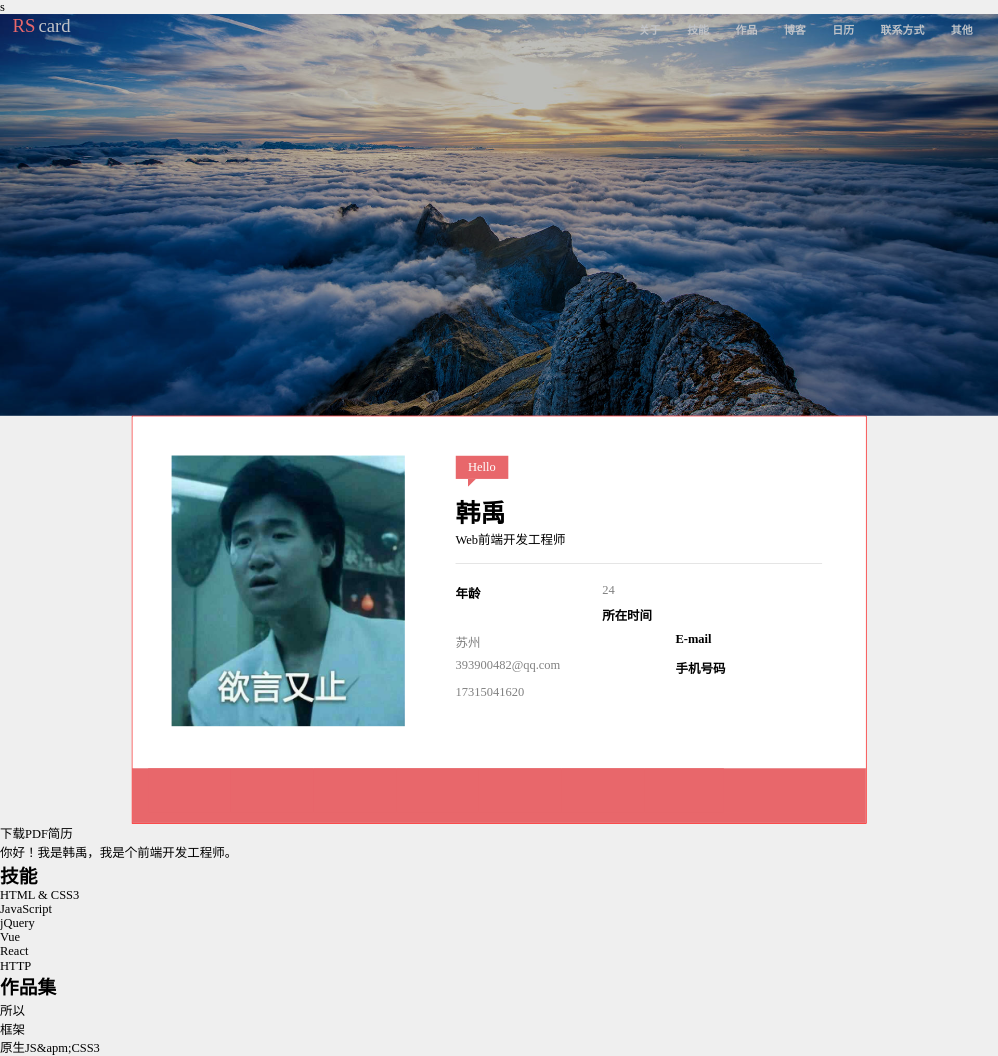
Repository: yorkHan/resume
Page: index.html
The author's editor kept a copy of each file at every save. The page is drawn from the files as they stood at one save, then again after a run of saves.
The browser window is 1280 px wide. The pictures show the whole page, at 78% of full size.

Above is the page before, as saved 2018-04-10 00:41:02.

After the next 3 saves:
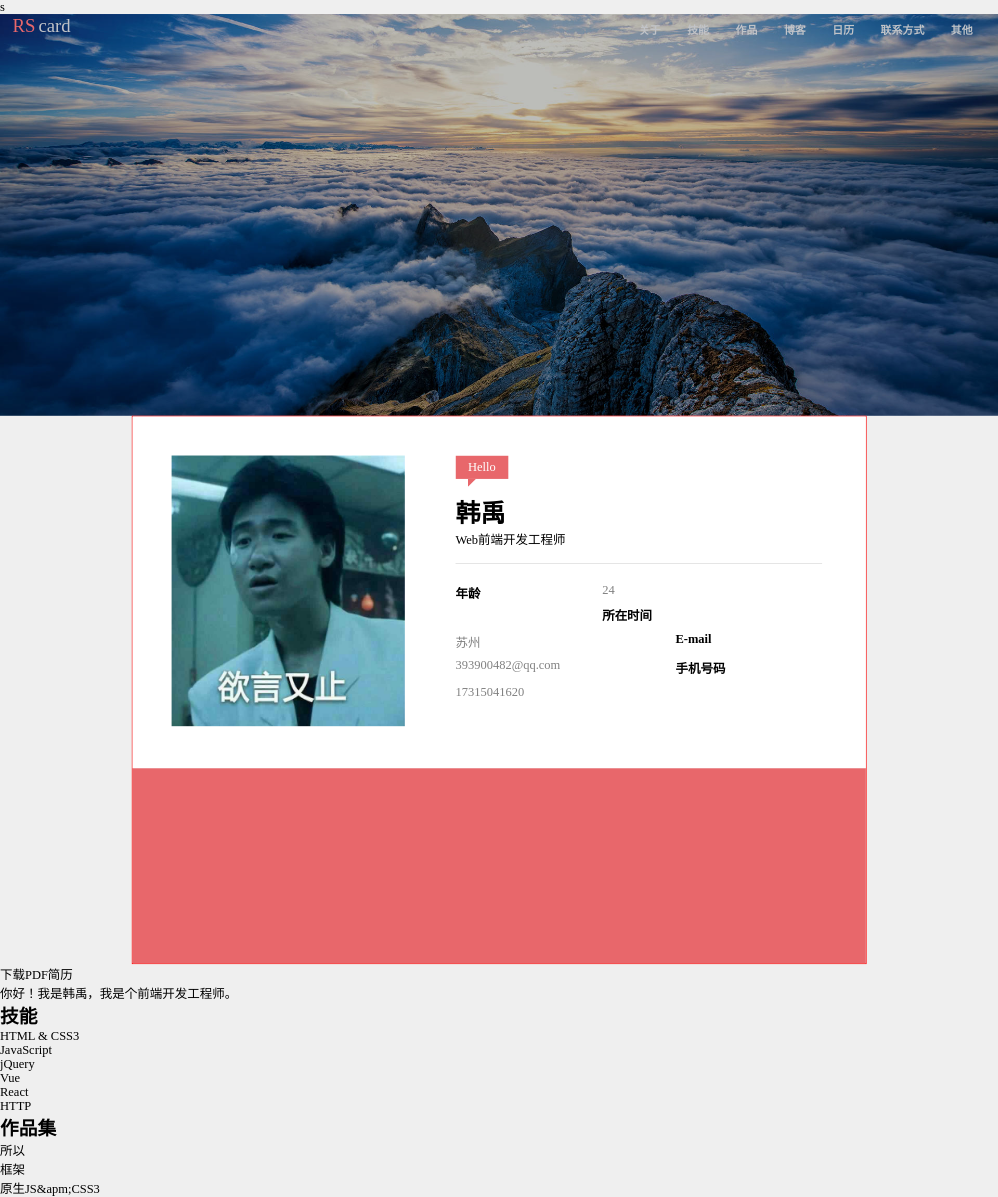
The 3 saves are shown as one change because they came seconds apart.
The last was saved 11 s later.
--- a/1.css
+++ b/1.css
@@ -117,8 +117,7 @@
     padding: 20px;
 }
 .usercard footer.media>a {
-    background: #E8676B;
-    padding: 20px;
+    display: block
 }
 .usercard svg{
     width: 30px;

After the 3 saves that followed:
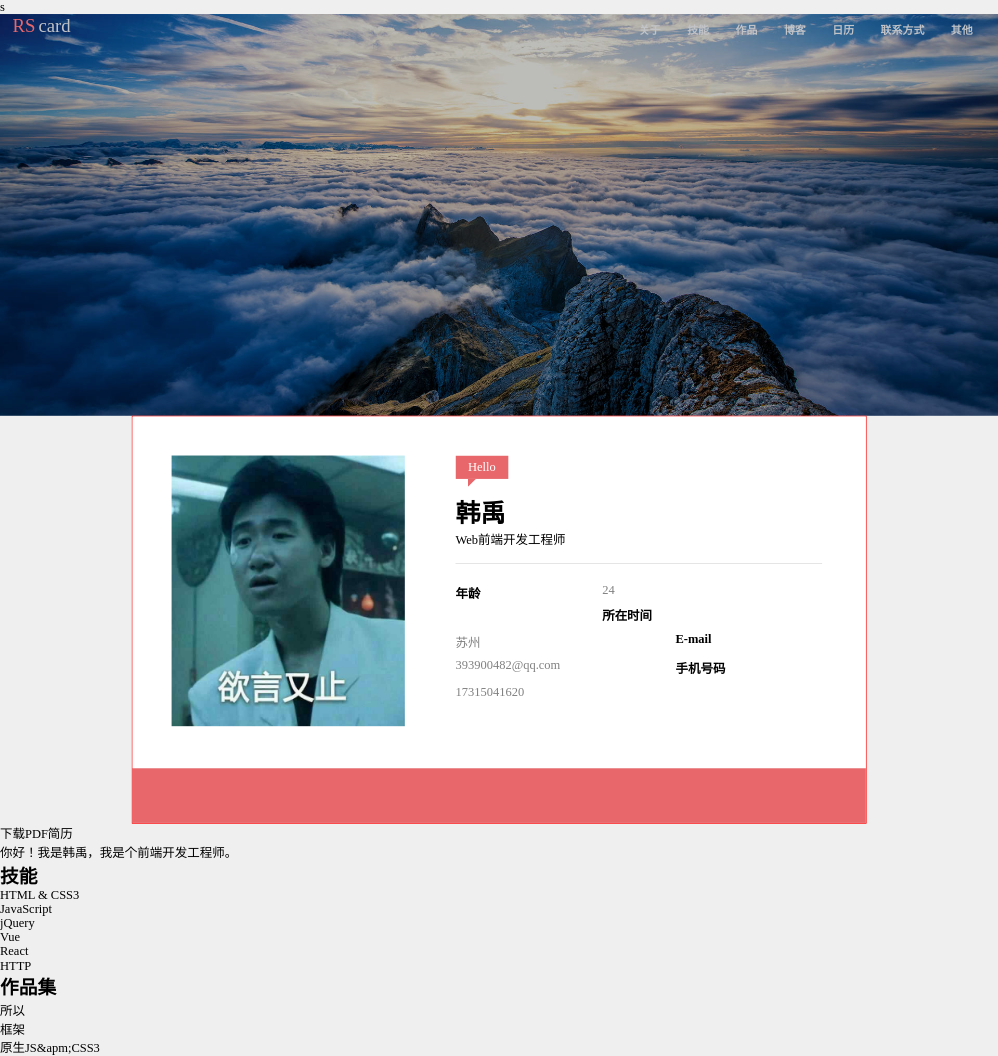
The 3 saves are shown as one change because they came seconds apart.
The last was saved 7 s later.
--- a/1.css
+++ b/1.css
@@ -117,7 +117,7 @@
     padding: 20px;
 }
 .usercard footer.media>a {
-    display: block
+    display: inline-block;
 }
 .usercard svg{
     width: 30px;
